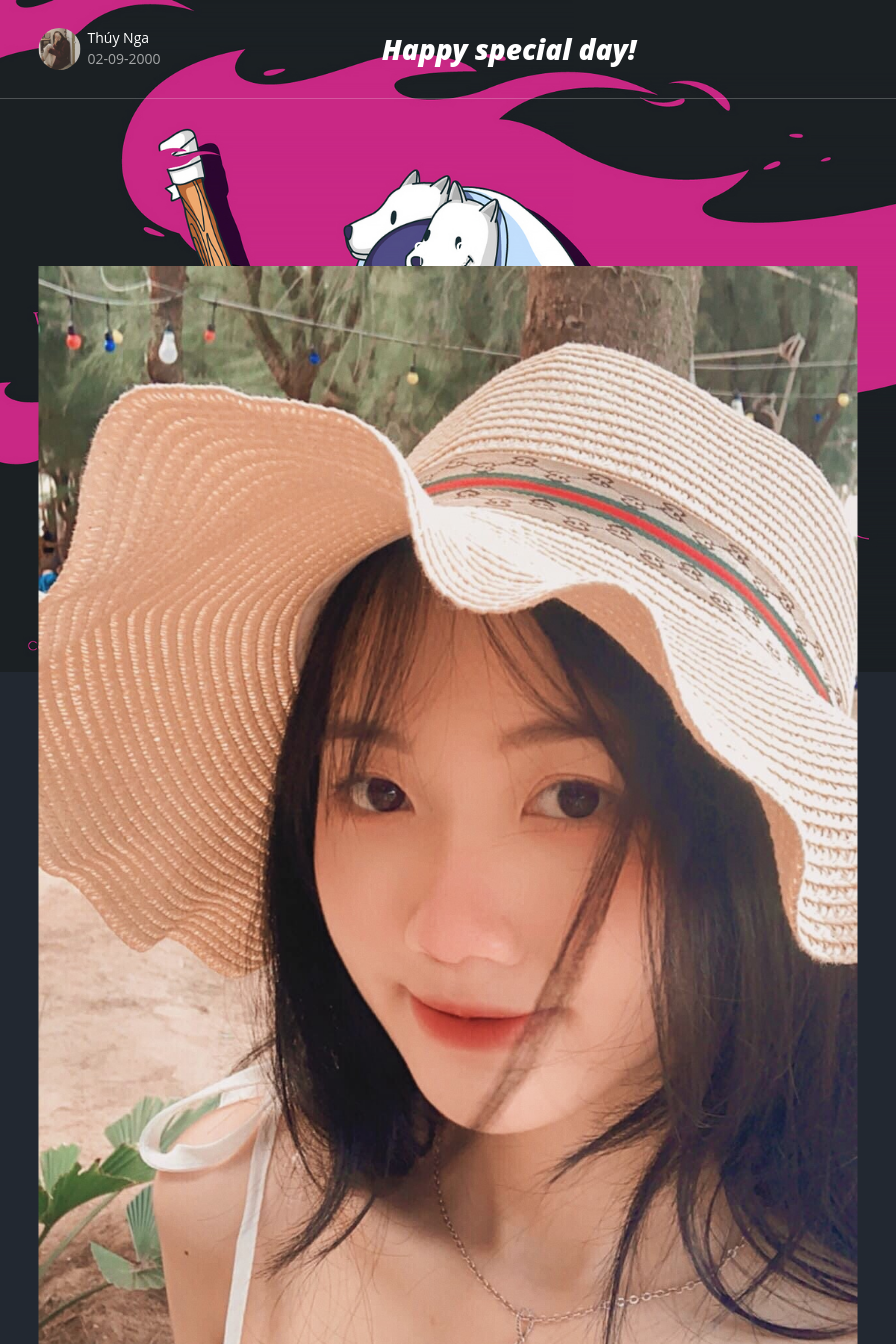
Repository: Datt21/p-happyB
Page: index.html
An editor plug-in stored every save of this project. The page is shown before and after the next save, followed by the edit.
The browser window is 1280 px wide. The pictures show the part of the page from y = 0 to 1920 px (the page is 5809 px tall before and 1581 px after), at 70% of full size.
Some icons come from a web library that is not loaded, so they are not drawn.

Above is the page before, as saved 2021-08-31 05:21:00.

### index.html
<!DOCTYPE html>
<html lang="en">
<head>
    <meta charset="UTF-8">
    <meta http-equiv="X-UA-Compatible" content="IE=edge">
    <meta name="viewport" content="width=device-width, initial-scale=1.0">
    <title>Document</title>
    <link rel="stylesheet" href="https://unicons.iconscout.com/release/v4.0.0/css/line.css">
    <link rel="stylesheet" href="./app.css">
</head>
<body>
<div class="wrapper">
    <header class="header">
        <div class="container">
            <div class="header-main">
                <div class="header-info">
                    <img src="./images/lemon.jpg" alt="" class="img-logo">
                    <div class="info">
                        <div class="info-name">Thúy Nga</div>
                        <div class="birth-day">02-09-2000 <i class="uil uil-users-alt"></i> </div>
                    </div>
                </div>

                <div class="menu">
                    <span class="text">Happy special day!</span>
                </div>

                <div class="icon-gift">
                    <a href=""><i class="uil uil-gift"></i></a>
                </div>
            </div>
        </div>
    </header>

    <main>
        <section class="about">
            <div class="container">
                <div class="you-header">
                    <h3 class="caption">Good Girl</h3>
                    <div class="heading">I'm here..!</div>
                </div>
                <div class="about-list">
                    <div class="about-item">
                        <img src="./images/img1.jpg" alt="">
                    </div>
                    <div class="about-item">
                        <img src="./images/img2.jpg" alt="">
                    </div>
                    <div class="about-item">
                        <img src="./images/img3.jpg" alt="">
                    </div>
                    <div class="about-item">
                        <img src="./images/img4.jpg" alt="">
                    </div>
                </div>
            </div>
        </section>
    </main>
</div>
    <script src="./app.js"></script>
</body>
</html>

### app.css
html {
    box-sizing: border-box;
}

* {
    margin: 0;
    padding: 0;
}

*,
*:before,
*:after {
    box-sizing: border-box;
}

a {
    text-decoration: none;
}

img {
    display: block;
    max-width: 100%;
}

html {
    scroll-behavior: smooth;
}

body {
    font-family: "Open sans", sans-serif;
    font-size: 18px;
    line-height: 1;
    color: white;
    background-color: #222831;
    overflow-x: hidden;
}
section[id] {
    scroll-margin-top: 30px;
}

.wrapper {
    max-width: 1920px;
    margin: 0 auto;
    background: url("../images/banner.jpg") no-repeat top/100%;
    /* min-height: 300vh; */
}

main {
    min-height: 200vh;
}
.container {
    max-width: 1200px;
    margin: 0 auto;
    padding: 0 15px;
}

.header {
    border-bottom: 1px solid rgba(255, 255, 255, 0.3);
}
.header-main {
    display: flex;
    justify-content: space-between;
    align-items: center;
    padding: 40px 0;
}
.header-info {
    display: flex;
    align-items: center;
    gap: 0 10px;
    font-size: 20px;
}

.img-logo {
    width: 60px;
    height: 60px;
    border-radius: 50%;
}

.info-name {
    padding-bottom: 10px;
}
.birth-day {
    opacity: 0.6;
}

.menu .text {
    font-style: italic;
    font-size: 40px;
    font-weight: 800;
}

.icon-gift i {
    font-size: 40px;
    color: white;
    font-weight: 600;
}

.about {
    padding-top: 200px;
    padding-bottom: 200px;
}
.you-header {
    text-align: center;
    max-width: 490px;
    margin: 0 auto;
}

main {
    min-height: 200vh;
}

Loaded but not shown: app.js (no copy from this time; the picture is the same without it)

After the next save:
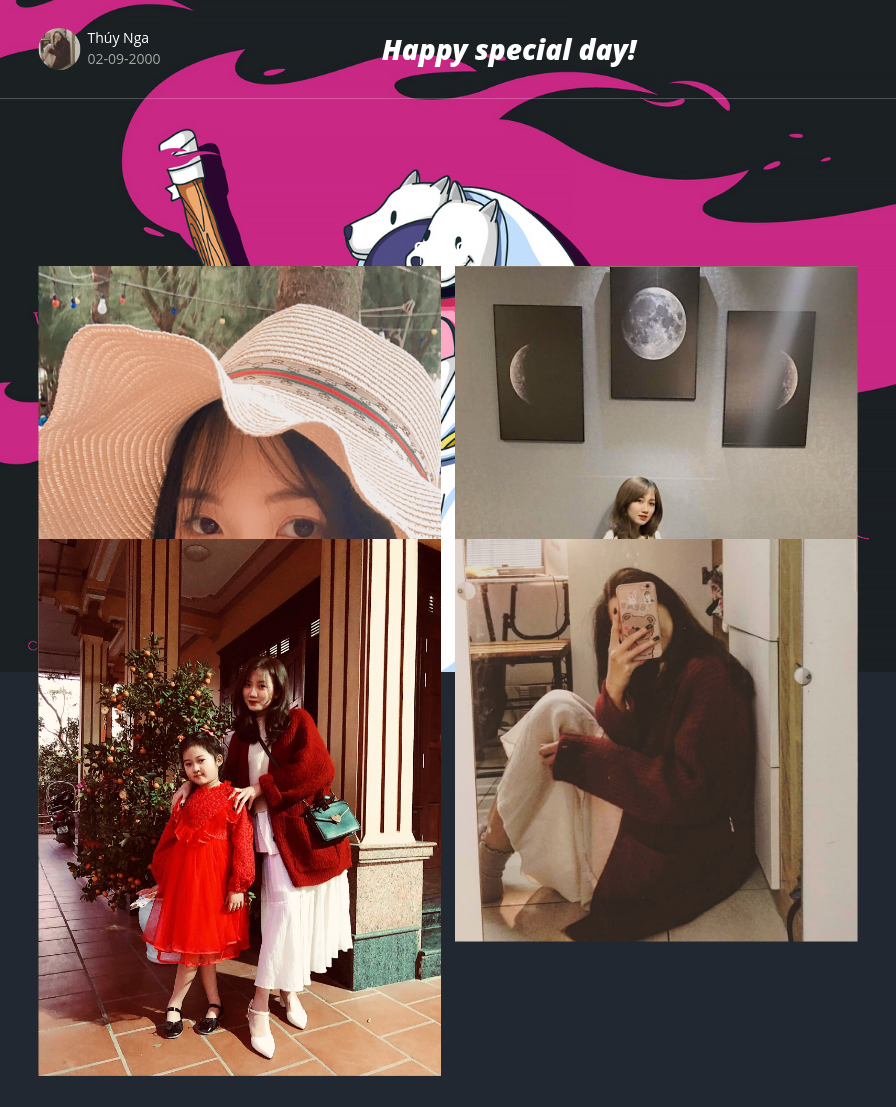
Saved 2 min 53 s later.
--- a/app.css
+++ b/app.css
@@ -108,3 +108,11 @@ main {
 main {
     min-height: 200vh;
 }
+
+.about-list {
+    text-align: center;
+    display: grid;
+    grid-template-columns: 1fr 1fr;
+    grid-gap: 20px;
+    grid-template-rows: 370px 180px 370px;
+}
